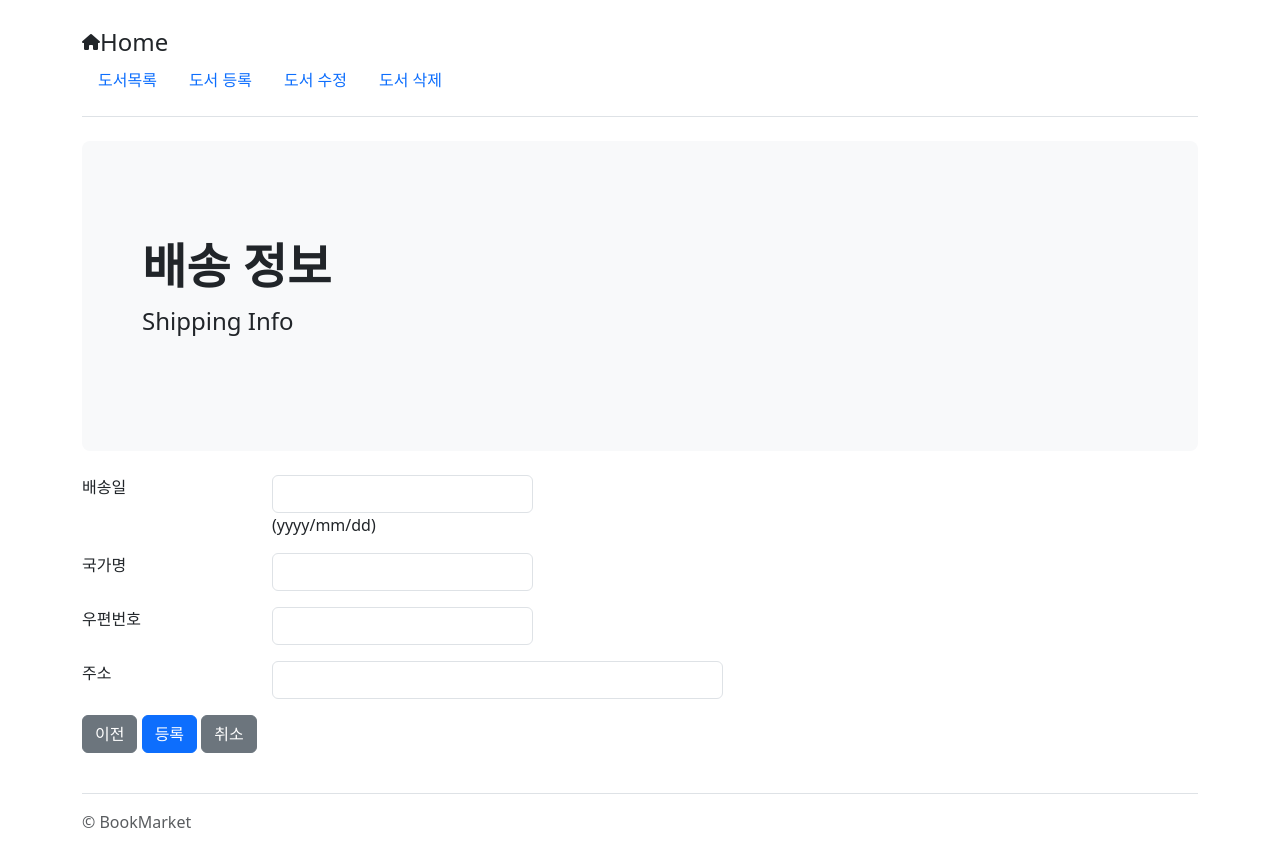
Repository: byeolchorong/ITedunet
Page: http://localhost/BookMarket/shippingInfo.jsp
The author's editor kept a copy of each file at every save. The page is drawn from the files as they stood at one save, then again after a run of saves.
The browser window is 1280 px wide. The pictures show the whole page.
Some web libraries are served in a nearby version. The page is served by Tomcat 10. Nobody is signed in. The application's start-up code is not run. Other server files are loaded and not shown.

Above is the page before, as saved 2025-06-02 03:58:06.

### JSP/BookMarket/src/main/webapp/shippingInfo.jsp
<%@ page language="java" contentType="text/html; charset=UTF-8"
    pageEncoding="UTF-8"%>
<!DOCTYPE html>
<html>
<head>
<meta charset="UTF-8">
<link href="https://cdn.jsdelivr.net/npm/bootstrap@5.3.6/dist/css/bootstrap.min.css" rel="stylesheet">
<script src="https://kit.fontawesome.com/705381df09.js" crossorigin="anonymous"></script>
<title>배송 정보</title>
</head>
<body>
<div class="container py-4">
	<%@ include file="menu.jsp" %>

	<div class="p-5 mb-4 bg-body-tertiary rounded-3">
		<div class="container-fluid py-5">
			<h1 class="display-5 fw-bold">배송 정보</h1>
			<p class="col-md-8 fs-4">Shipping Info</p>
		</div>
	</div>

	<div class="row align-items-md-stretch">
		<form action="./processShippingInfo.jsp" method="post">
			<input type="hidden" name="cartId" value=<%= request.getParameter("cartId") %>>

			<div class="mb-3 row">
				<label class="col-sm-2">배송일</label>
				<div class="col-sm-3">
					<input type="text" name="shippingDate" class="form-control">(yyyy/mm/dd)
				</div>
			</div>

			<div class="mb-3 row">
				<label class="col-sm-2">국가명</label>
				<div class="col-sm-3">
					<input type="text" name="country" class="form-control">
				</div>
			</div>

			<div class="mb-3 row">
				<label class="col-sm-2">우편번호</label>
				<div class="col-sm-3">
					<input type="text" name="zipCode" class="form-control">
				</div>
			</div>

			<div class="mb-3 row">
				<label class="col-sm-2">주소</label>
				<div class="col-sm-5">
					<input type="text" name="addressName" class="form-control">
				</div>
			</div>

			<div class="mb-3 row">
				<div class="col-sm-offset-2 col-sm-10">
					<a href="./cart.jsp?cartId=<%=request.getParameter("cartId")%>" class="btn btn-secondary" role="button"> 이전 </a>
					<input type="submit" class="btn btn-primary" value="등록" />
					<a href="./checkOutCancelled.jsp" class="btn btn-secondary" role="button"> 취소 </a>
				</div>
			</div>

		</form>
	</div>

	<jsp:include page="footer.jsp"/>
</div>
</body>
</html>

### JSP/BookMarket/src/main/webapp/menu.jsp
<%@ page language="java" contentType="text/html; charset=UTF-8"
    pageEncoding="UTF-8"%>
<%System.out.println("menu 입장"); %>
<link href="https://cdn.jsdelivr.net/npm/bootstrap@5.3.6/dist/css/bootstrap.min.css" rel="stylesheet">
<script src="https://kit.fontawesome.com/705381df09.js" crossorigin="anonymous"></script>

<header class="pb-3 mb-4 border-bottom">
	<a href="./welcome.jsp" class="d-flex align-items-center text-dark text-decoration-none">
		<i class="fa-solid fa-house"></i>
		<span class="fs-4">Home</span>
	</a>
	<ul class="nav nav-pills">
		<li class="nav-item"><a href="./books.jsp" class="nav-link">도서목록</a></li>
		<li class="nav-item"><a href="./addBook.jsp" class="nav-link">도서 등록</a></li>
		<li class="nav-item"><a href="./editBook.jsp?edit=update" class="nav-link">도서 수정</a></li>
		<li class="nav-item"><a href="./editBook.jsp?edit=delete" class="nav-link">도서 삭제</a></li>
	</ul>
</header>

### JSP/BookMarket/src/main/webapp/footer.jsp
<%@ page language="java" contentType="text/html; charset=UTF-8"
    pageEncoding="UTF-8"%>

	<footer class="pt-3 mt-4 text-body-secondary border-top">
		&copy; BookMarket
	</footer>

After the next 3 saves:
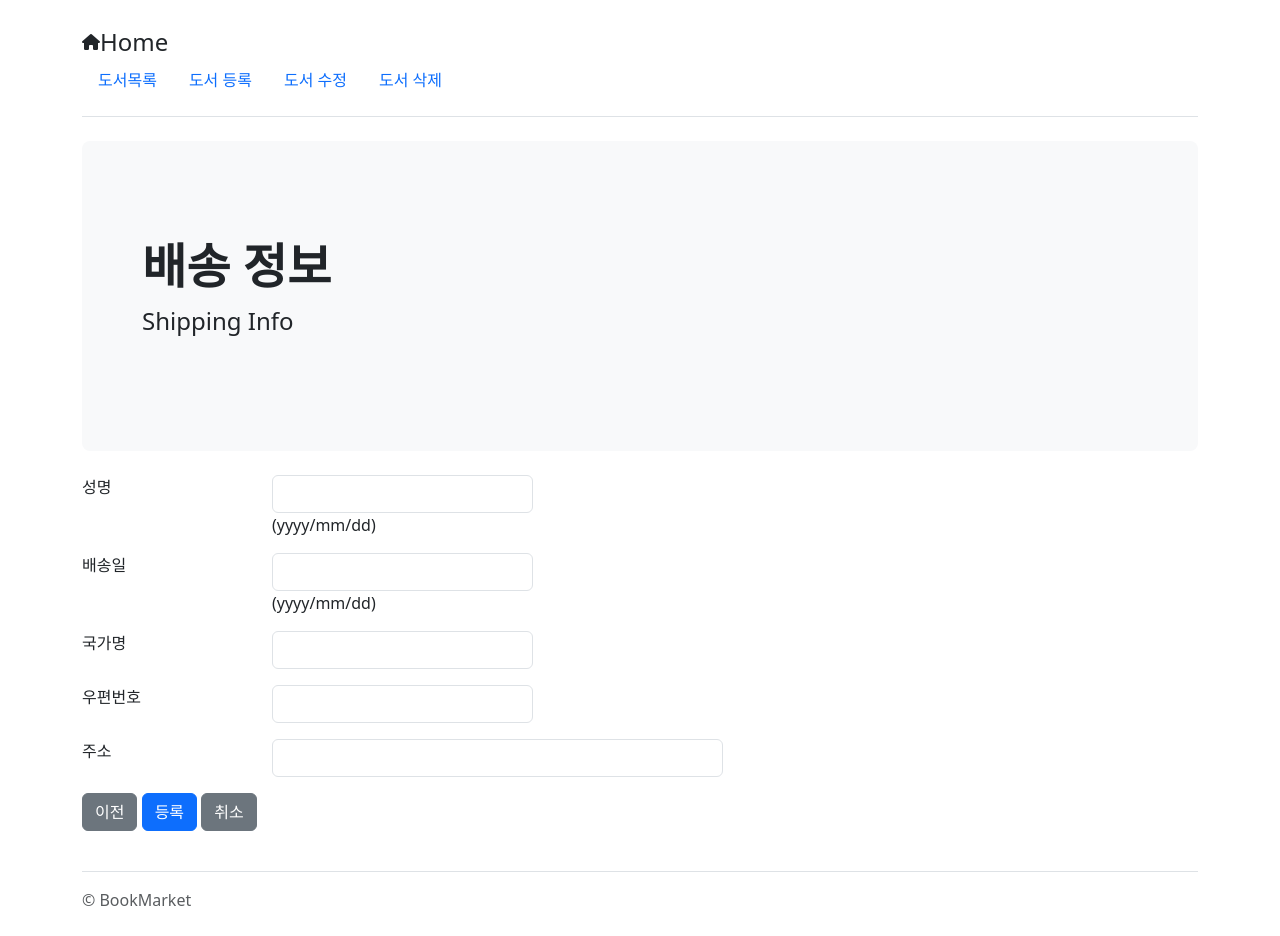
The 3 saves are shown as one change because they came seconds apart.
The last was saved 51 min 14 s later.
--- a/JSP/BookMarket/src/main/webapp/shippingInfo.jsp
+++ b/JSP/BookMarket/src/main/webapp/shippingInfo.jsp
@@ -22,6 +22,13 @@
 	<div class="row align-items-md-stretch">
 		<form action="./processShippingInfo.jsp" method="post">
 			<input type="hidden" name="cartId" value=<%= request.getParameter("cartId") %>>
+
+			<div class="mb-3 row">
+				<label class="col-sm-2">성명</label>
+				<div class="col-sm-3">
+					<input type="text" name="shippingDate" class="form-control">(yyyy/mm/dd)
+				</div>
+			</div>
 
 			<div class="mb-3 row">
 				<label class="col-sm-2">배송일</label>
